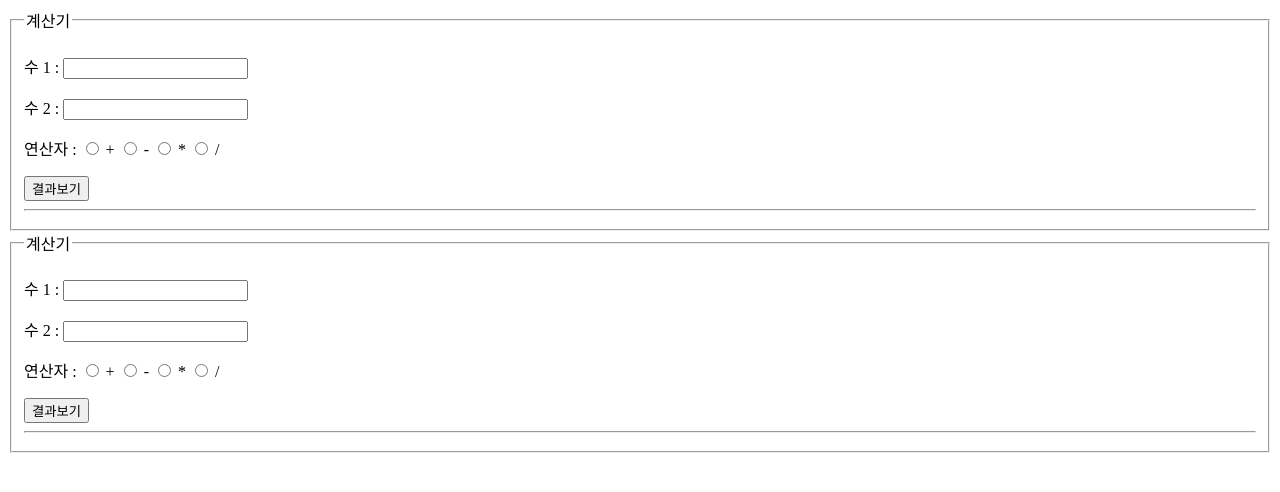
Repository: wjsjsn/23_jspstudy
Page: 01_servlet/src/main/webapp/view/ex07.html
The author's editor kept a copy of each file at every save. The page is drawn from the files as they stood at one save, then again after the next save.
The browser window is 1280 px wide. The pictures show the whole page.

Above is the page before, as saved 2023-06-30 04:14:06.

After the next save:
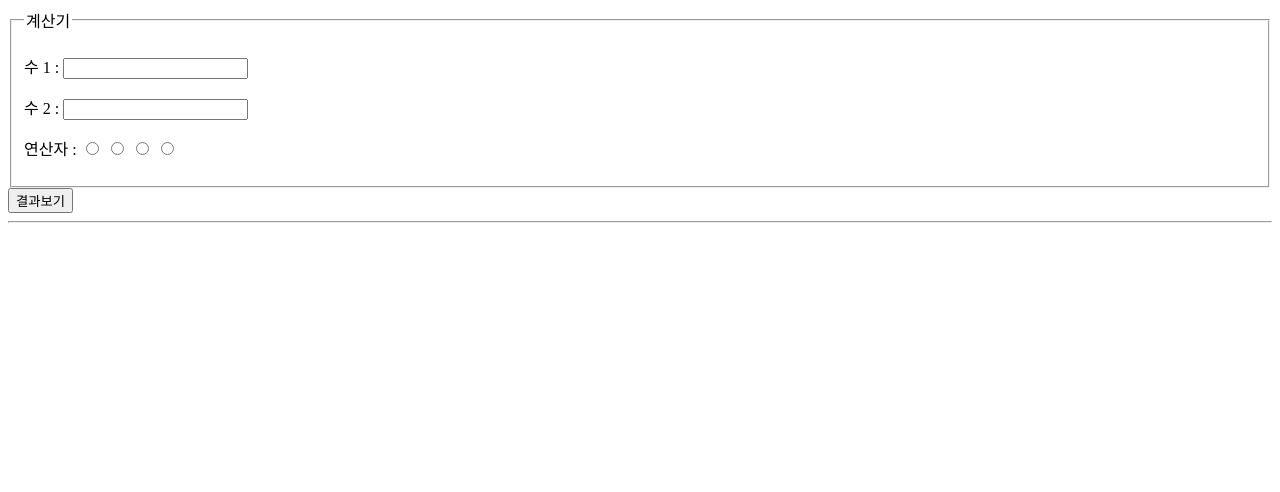
Saved 2 min 39 s later.
--- a/01_servlet/src/main/webapp/view/ex07.html
+++ b/01_servlet/src/main/webapp/view/ex07.html
@@ -8,42 +8,26 @@
 </style>
 </head>
 <body>
-	<div>
+	<div id="mydiv">
 	<form action="01_servlet/Ex07" method="get">
 	<fieldset>
 	<legend>계산기</legend>
-		<p><label for="su1">수 1 : </label><input type="number" name="su1" id="su1" required></p>
-		<p><label for="su2">수 2 : </label><input type="number" name="su2" id="su2" required></p>
+		<p><label for="su1">수 1 : </label>
+		<input type="number" name="su1" id="su1" required></p>
+		<p><label for="su2">수 2 : </label>
+		<input type="number" name="su2" id="su2" required></p>
 		<p>
         <label>연산자 : </label>
-		<input type="radio"> +
-		<input type="radio"> -
-		<input type="radio"> *
-		<input type="radio"> /
+		<input type="radio" name="op" value="+">
+		<input type="radio" name="op" value="-">
+		<input type="radio" name="op" value="*">
+		<input type="radio" name="op" value="/">
 		</p>
+		</fieldset>
 		<input type="submit" value="결과보기">
-		<hr>
-		</fieldset>
 		</form>
 		</div>
-
-	<fieldset>
-	<legend>계산기</legend>
-		<p><label for="su1">수 1 : </label><input type="number" name="su1" id="su1" required></p>
-		<p><label for="su2">수 2 : </label><input type="number" name="su2" id="su2" required></p>
-		<p>
-        <label>연산자 : </label>
-		<input type="radio"> +
-		<input type="radio"> -
-		<input type="radio"> *
-		<input type="radio"> /
-		</p>
-		<input type="submit" value="결과보기">
 		<hr>
-		</fieldset>
-		</form>
-		</div>
-
 
 </body>
 </html>
